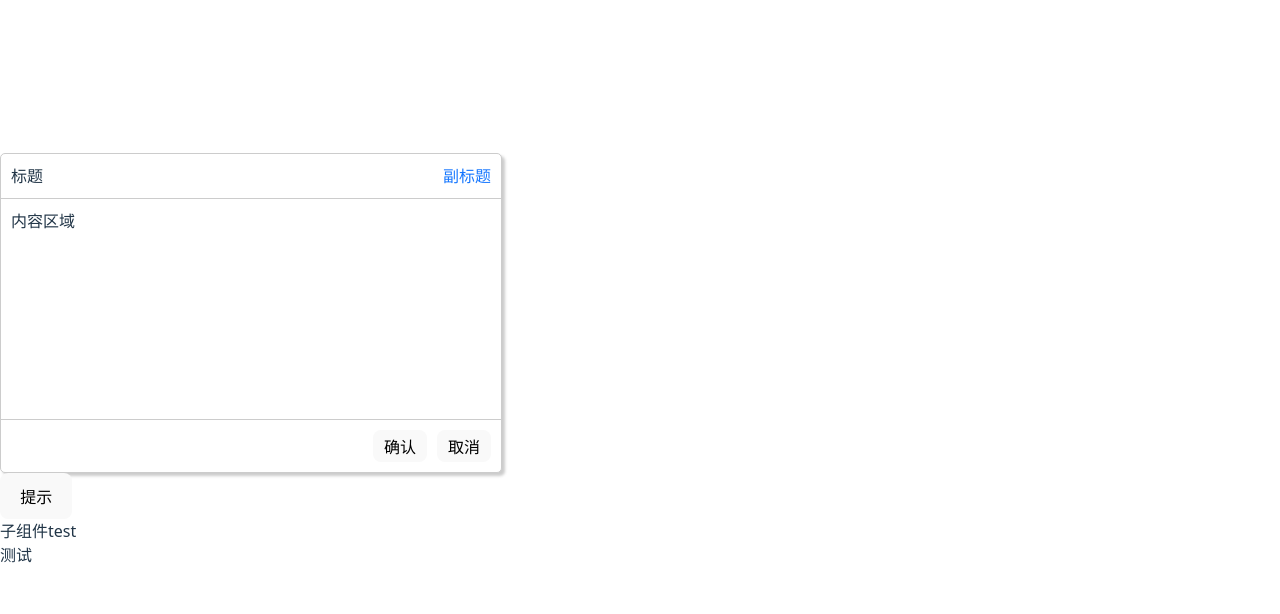
Repository: EDMZJJJ/learn-react
Page: /
An editor plug-in stored every save of this project. The page is shown before and after a run of saves, followed by the edit.
The browser window is 1280 px wide. The pictures show the whole page.
The project was rebuilt for these pictures with package versions that can differ from the ones it lists, and the page was loaded fresh each time. Also part of the build but not shown: vite.config.ts, src/components/Message/index.css, src/components/Message/index.tsx.

Above is the page before, as saved 2026-03-10 22:51:36.

### index.html
<!doctype html>
<html lang="en">
  <head>
    <meta charset="UTF-8" />
    <link rel="icon" type="image/svg+xml" href="/vite.svg" />
    <meta name="viewport" content="width=device-width, initial-scale=1.0" />
    <title>learn-react</title>
  </head>
  <body>
    <div id="root"></div>
    <script type="module" src="/src/main.tsx"></script>
  </body>
</html>

### src/main.tsx
import { StrictMode } from 'react'
import { createRoot } from 'react-dom/client'
import './index.css'
import App from './App.tsx'
import './components/Message/index.tsx'
createRoot(document.getElementById('root')!).render(
  <StrictMode>
    <App />
  </StrictMode>,
)

### src/App.tsx
import Card from "./components/Card"
import Test from "./components/Test"

function App() {
  //所有hook都必须在组件的最顶层调用，不能在循环或条件语句中调用它。

  return (
    <>
      <Card></Card>
      {/* 全局组件 */}
      <button onClick={() => window.onShow()}>提示</button>

      {/* 组件通信 */}
      <Test
        title={'测试'}
        id={1}
        obj={{ a: 1, b: 2 }}
        arr={[1, 2, 3]}
        cb={(a: number, b: number) => a + b}
        empty={null}
        element={<div>测试</div>}
        isGirl={false}
      >
      </Test>
    </>
  )
}

export default App

### src/components/Card/index.tsx
import './index.css'

export default function Card() {
    return (
        <div className='card'>
            <header>
                <div>标题</div>
                <div>副标题</div>
            </header>
            <main>
                内容区域
            </main>
            <footer>
                 <button>确认</button>
                 <button>取消</button>
            </footer>
        </div>
    )
}

### src/components/Test/index.tsx

interface Props {
    title?: string
    id: number
    obj: {
        a: number
        b: number
    }
    arr: number[]
    cb: (a: number, b: number) => number
    empty: null
    element: JSX.Element,
    isGirl:boolean
}

const Test:React.FC<Props> = ({title = '默认标题',...props})=>{
  console.log(props)
  return (
    <div>子组件test{props.element}</div>
  )
}
export default Test

### src/components/Card/index.css
.card {
  background: white;
  border-radius: 5px;
  border: 1px solid #ccc;
  width: 500px;
  box-shadow: 3px 3px 3px #ccc;

  header {
    display: flex;
    justify-content: space-between;
    align-items: center;
    border-bottom: 1px solid #ccc;
    padding: 10px;

    div:last-child {
      color: #1677ff;
    }
  }

  main {
    min-height: 200px;
    border-bottom: 1px solid #ccc;
    padding: 10px;
  }
  footer {
    display: flex;
    justify-content: flex-end;
    align-items: center;
    padding: 10px;
    button {
      margin-left: 10px;
      padding: 3px 10px;
    }
  }
}

Loaded but not shown: src/index.css (common file)

After the next 2 saves:
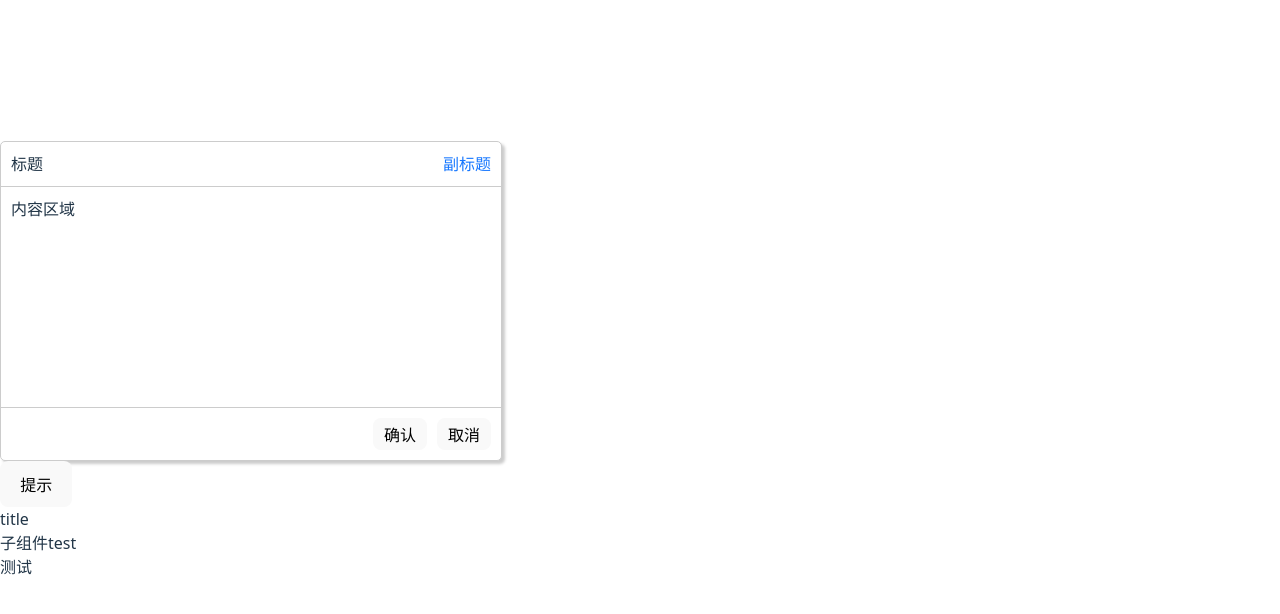
The 2 saves are shown as one change because 1 did not build or start.
The last was saved 73 s later.
--- a/src/components/Test/index.tsx
+++ b/src/components/Test/index.tsx
@@ -16,7 +16,10 @@ interface Props {
 const Test:React.FC<Props> = ({title = '默认标题',...props})=>{
   console.log(props)
   return (
+    <>
+    <div>title{props.title}</div>
     <div>子组件test{props.element}</div>
+    </>
   )
 }
 export default Test
